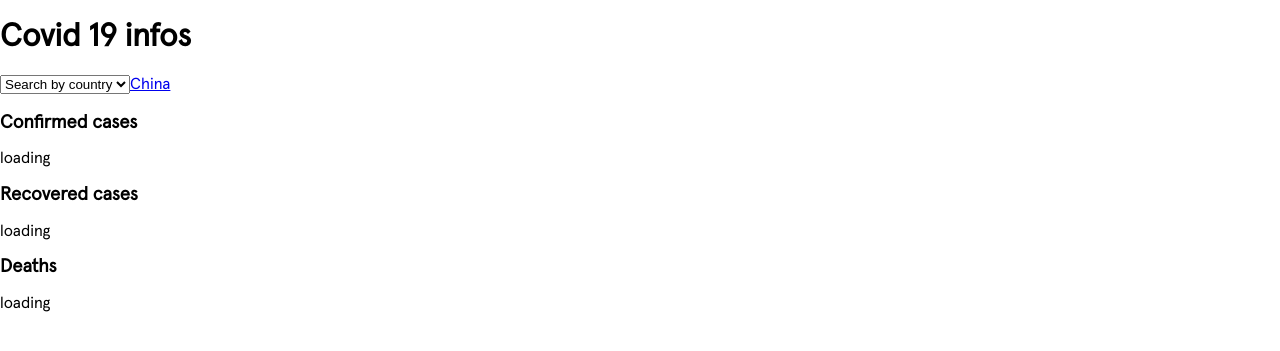
Repository: Babarindeolanrewaju2/react_covid_19
Page: /
The author's editor kept a copy of each file at every save. The page is drawn from the files as they stood at one save, then again after the next save.
The browser window is 1280 px wide. The pictures show the whole page.
The page's requests for data from a server got no answer. The project was rebuilt for these pictures with package versions that can differ from the ones it lists, and the page was loaded fresh each time. A package was used in the major version that the imports need, not the one package.json lists. No one was signed in, and anything a server would have sent is missing. Also part of the build but not shown: src/components/CountryDisplay.js.

Above is the page before, as saved 2020-04-01 04:47:59.

### src/App.js
import React, { Component } from "react";
import { HashRouter as Router, Switch, Route } from "react-router-dom";
import Axios from "axios";
import ConfirmedDisplay from "./components/ConfirmedDisplay";
import RecoveredDisplay from "./components/RecoveredDisplay";
import DeathsDisplay from "./components/DeathsDisplay";
import CountrySearch from "./components/CountrySearch";
import CountryDisplay from "./components/CountryDisplay";
import './App.css';

export default class App extends Component {
  constructor(props) {
    super(props);

    this.state = {
      confirmed: "loading",
      recovered: "loading",
      deaths: "loading",
      countries: []
    };

  }

  componentDidMount() {
    this.getData();
  }

  async getData() {
    const Worldwide = await Axios.get("https://covid19.mathdro.id/api");
    const countriesRes = await Axios.get(
      "https://covid19.mathdro.id/api/countries"
    );

    console.log(countriesRes);

    const countries = Object.entries(countriesRes.data.countries).map(([country, code]) => (
      code.name
    ))

    console.log(countries);

    this.setState({
      confirmed: Worldwide.data.confirmed.value,
      recovered: Worldwide.data.recovered.value,
      deaths: Worldwide.data.deaths.value,
      countries: countries
    });
  }

  render() {
    return (
      <div className="container">
        <h1>Covid 19 infos</h1>
        <Router basename={process.env.PUBLIC_URL}>
          <Switch>
            <Route exact path="/test">
              <div>test</div>}
            </Route>
            <Route
              exact
              path="/country/:id"
              render={props => <CountryDisplay {...props} />}
            />
            <Route
              exact
              path="/"
              render={props => {
                return (
                  <div>
                    <CountrySearch countries={this.state.countries} />
                    <div className="flex">
                      <ConfirmedDisplay value={this.state.confirmed} />
                      <RecoveredDisplay value={this.state.recovered} />
                      <DeathsDisplay value={this.state.deaths} />
                    </div>
                  </div>
                );
              }}
            />
          </Switch>
        </Router>
      </div>
    );
  }
}

### src/components/ConfirmedDisplay.js
import React, { Component } from "react";

export default class ConfirmedDisplay extends Component {
  render() {
    const { value } = this.props
    return (
      <div className="box confirmed">
        <h3>Confirmed cases</h3>
        <span className="value">{value}</span>
      </div>
    );
  }
}

### src/components/RecoveredDisplay.js
import React, { Component } from "react";

export default class RecoveredDisplay extends Component {
    render() {
        const { value } = this.props
        return (
            <div className="box recovered">
                <h3>Recovered cases</h3>
                <span className="value">{value}</span>
            </div>
        );
    }
}

### src/components/DeathsDisplay.js
import React, { Component } from "react";

export default class DeathsDisplay extends Component {
    render() {
        const { value } = this.props
        return (
            <div className="box deaths">
                <h3>Deaths</h3>
                <span className="value">{value}</span>
            </div>
        );
    }
}

### src/components/CountrySearch.js

import React, { Component } from "react";
import { Link, withRouter } from "react-router-dom";

class CountrySearch extends Component {
    constructor(props) {
        super(props);
        this.onSelect = this.onSelect.bind(this);
    }

    onSelect(e) {
        this.props.history.push(`/country/${e.target.value}`);
    }

    renderOptions() {
        let array = this.props.countries.map((country, i) => {
            return <option key={i}>{country}</option>;
        });
        array.unshift(<option key={-1}>Search by country</option>);
        return array;
    }

    render() {
        return (
            <div className="countryList">
                <select onChange={this.onSelect}>{this.renderOptions()}</select>
                <Link to="/country/China/">China</Link>
            </div>
        );
    }
}

export default withRouter(CountrySearch);

### src/App.css
.App {
  text-align: center;
}

.App-logo {
  height: 40vmin;
  pointer-events: none;
}

@media (prefers-reduced-motion: no-preference) {
  .App-logo {
    animation: App-logo-spin infinite 20s linear;
  }
}

.App-header {
  background-color: #282c34;
  min-height: 100vh;
  display: flex;
  flex-direction: column;
  align-items: center;
  justify-content: center;
  font-size: calc(10px + 2vmin);
  color: white;
}

.App-link {
  color: #61dafb;
}

div, h2, h3, p {
  font-family: 'Apercu';
}


@keyframes App-logo-spin {
  from {
    transform: rotate(0deg);
  }
  to {
    transform: rotate(360deg);
  }
}

@font-face {
  font-family: 'Apercu';
  src: local('Apercu'), url(./fonts/Apercu.otf) format('opentype');
}

Loaded but not shown: public/index.html (common file); src/index.js (common file); src/index.css (common file); src/serviceWorker.js (common file)

After the next save:
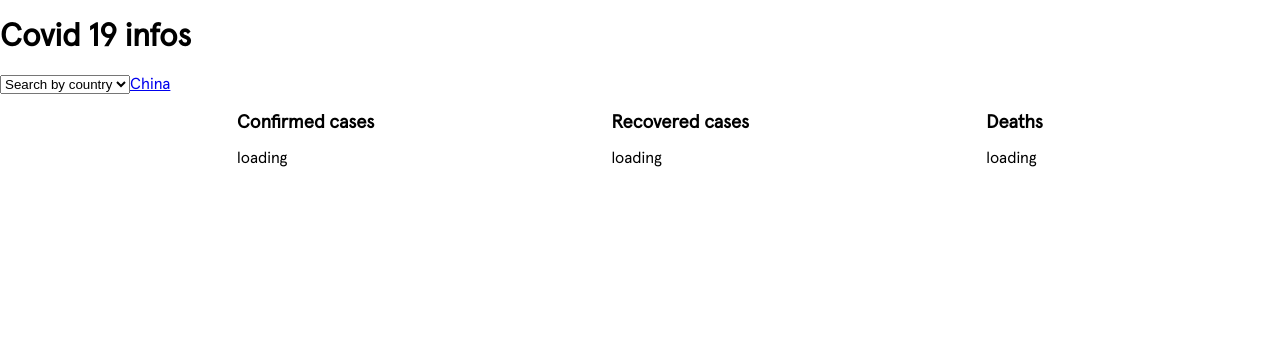
Saved 94 s later.
--- a/src/App.css
+++ b/src/App.css
@@ -32,6 +32,13 @@ div, h2, h3, p {
   font-family: 'Apercu';
 }
 
+.flex {
+  display: flex;
+  justify-content: space-evenly;
+  align-items: center;
+  flex-wrap: wrap;
+}
+
 
 @keyframes App-logo-spin {
   from {
